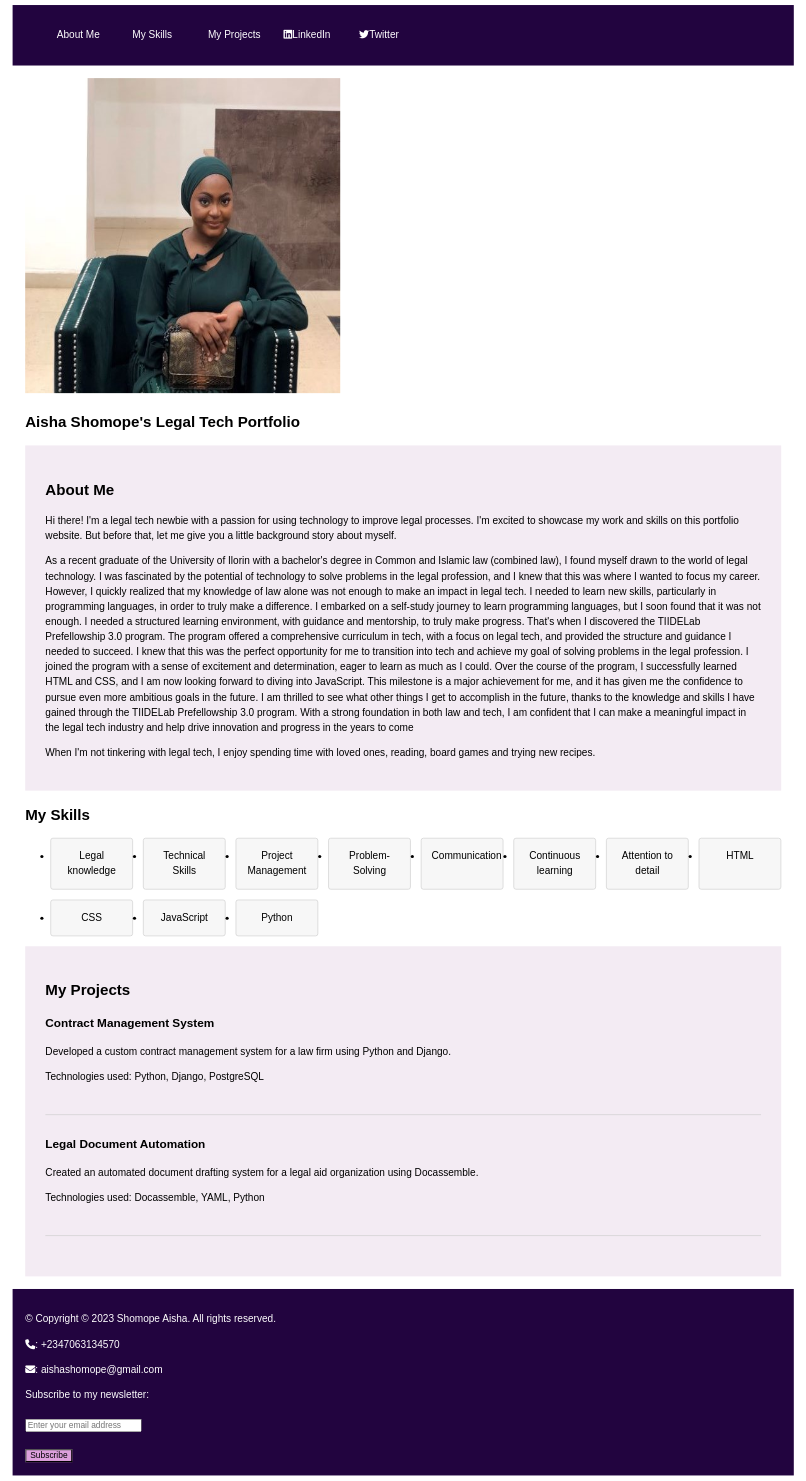
Repository: Iyewande/AishasPortfolio
Page: Index.html
An editor plug-in stored every save of this project. The page is shown before and after the next save, followed by the edit.
The browser window is 1280 px wide. The pictures show the whole page, at 63% of full size.
Some web libraries are served in a nearby version.

Above is the page before, as saved 2023-05-04 21:18:02.

After the next save:
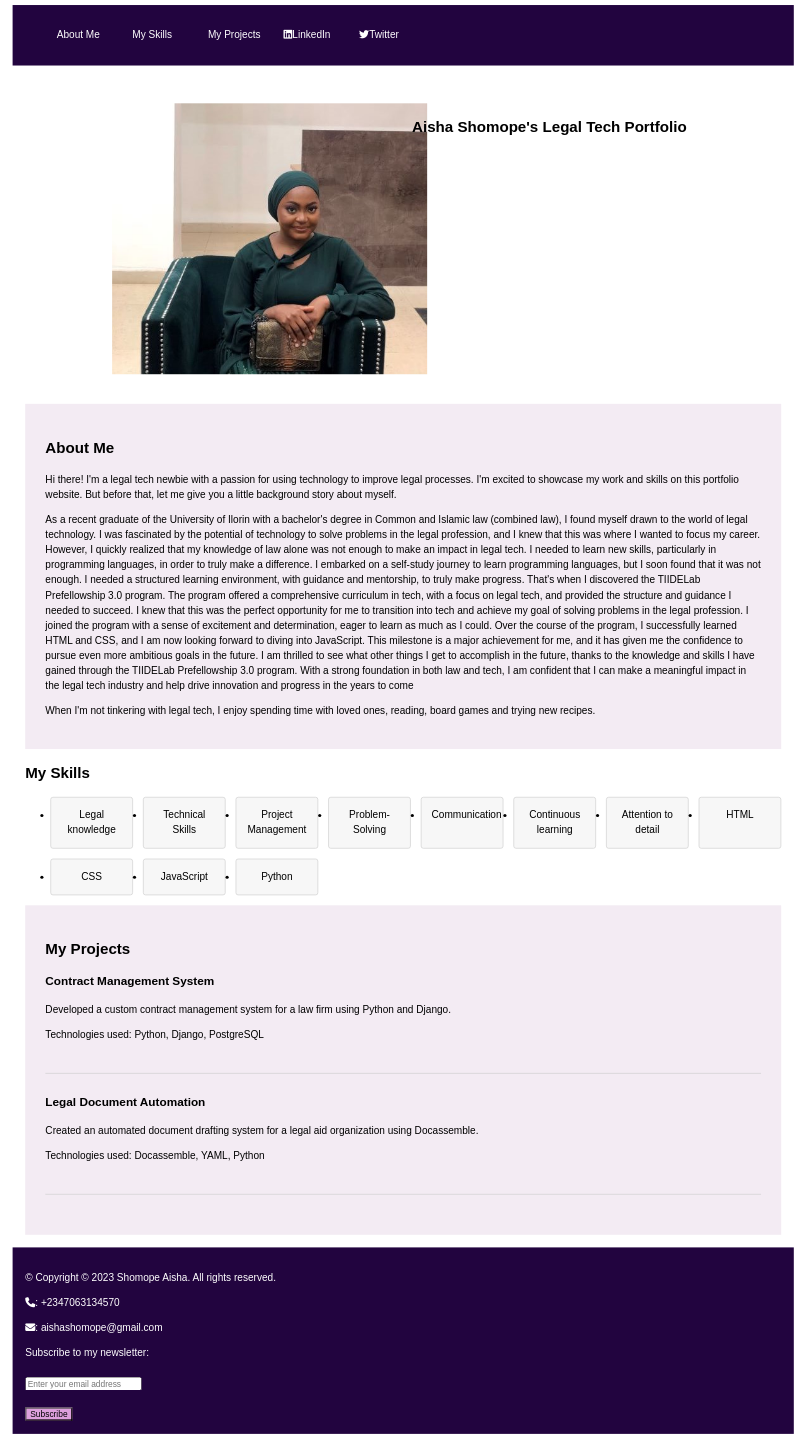
Saved 2 min 38 s later.
--- a/Index.html
+++ b/Index.html
@@ -28,11 +28,13 @@
             </nav>
         </header>
         <main>
-            <section id="landing page">
-                <div>
-                    <img src="E17CF07F-F5B1-4C94-9C3E-8D25C5FEC29B.jpg" alt="A picture of me" height="500" width="500">
+            <section id="landingPage">
+                <div id="image">
+                    <img src="E17CF07F-F5B1-4C94-9C3E-8D25C5FEC29B.jpg" alt="A picture of me">
                 </div>
-                <div><h1> Aisha Shomope's Legal Tech Portfolio </h1></div>
+                <div id="heading">
+                    <h1> Aisha Shomope's Legal Tech Portfolio </h1>
+                </div>
 
             </section>
             <section  id="about">
